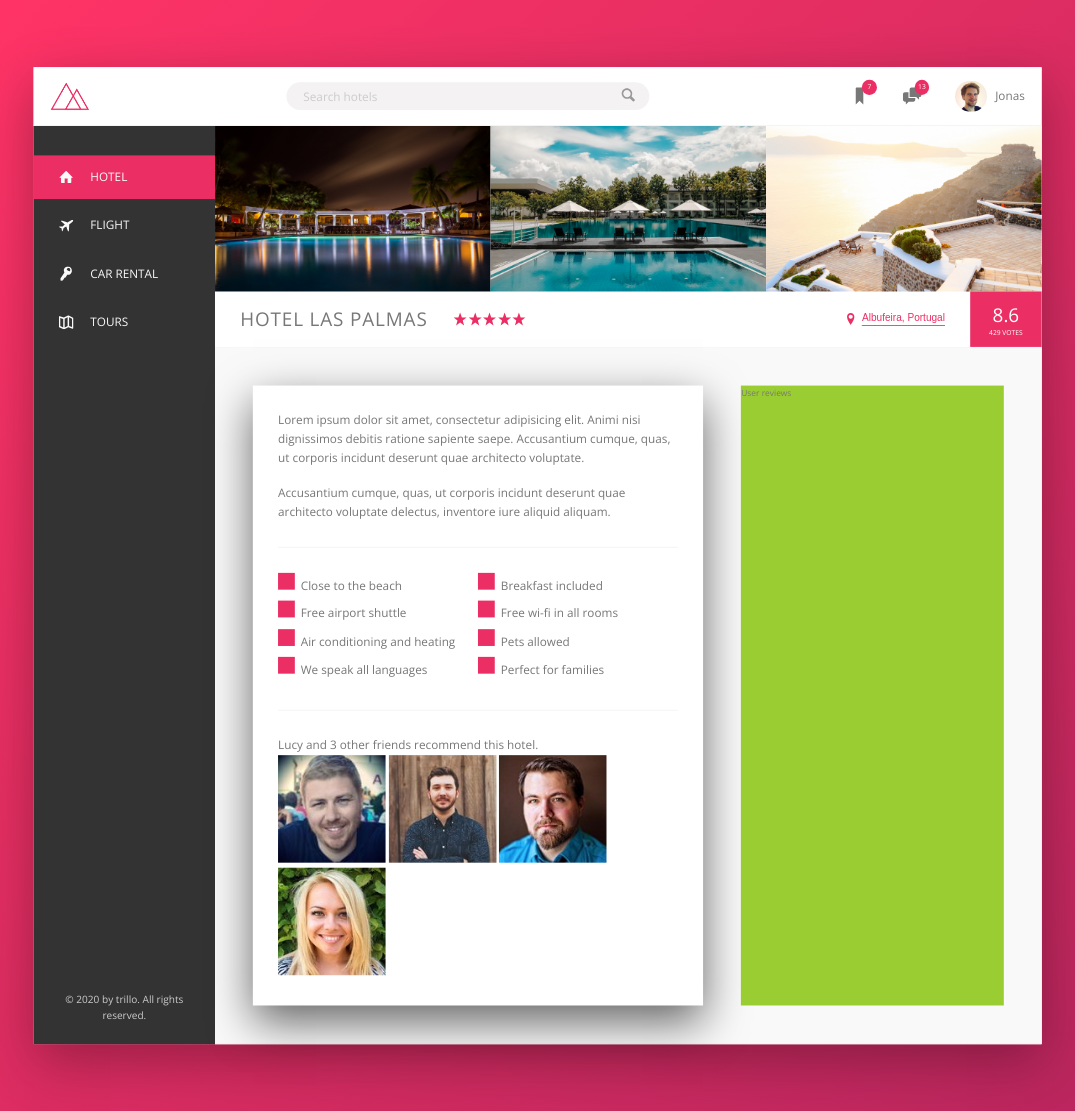
Repository: Lithium87/Trillo
Page: index.html
These files come from the project's save history. The page is drawn as it stood at one moment and after the next save; the edit follows.
The browser window is 1280 px wide. The pictures show the whole page, at 84% of full size.
The style sheet was rebuilt from its Sass, Less or Tailwind sources for each picture, by a compiler version that may differ from the author's.

Above is the page before, as saved 2020-05-17 00:29:03.

### index.html
<!DOCTYPE html>
<html lang="en">

<head>
    <meta charset="UTF-8">
    <meta name="viewport" content="width=device-width, initial-scale=1.0">

    <link href="https://fonts.googleapis.com/css?family=Open+Sans:300,400,600" rel="stylesheet">
    <link rel="stylesheet" href="css/style.css">
    <link rel="shortcut icon" type="image/png" href="img/favicon.png">

    <title>trillo &mdash; Your all-in-one booking app</title>
</head>

<body>
    <div class="container">
        <header class="header">
            <img src="img/logo.png" alt="Trillo logo" class="logo">
            <form action="#" class="search">
                <input type="text" class="search__input" placeholder="Search hotels">
                <button class="search__button">
                    <svg class="search__icon">
                        <use xlink:href="img/sprite.svg#icon-magnifying-glass"></use>
                    </svg>
                </button>
            </form>

            <nav class="user-nav">
                <div class="user-nav__icon-box">
                    <svg class="user-nav__icon">
                        <use xlink:href="img/sprite.svg#icon-bookmark"></use>
                    </svg>
                    <span class="user-nav__notification">7</span>
                </div>
                <div class="user-nav__icon-box">
                    <svg class="user-nav__icon">
                        <use xlink:href="img/sprite.svg#icon-chat"></use>
                    </svg>
                    <span class="user-nav__notification">13</span>
                </div>
                <div class="user-nav__user">
                    <img src="img/user.jpg" alt="User photo" class="user-nav__user-photo">
                    <span class="user-nav__user-name">Jonas</span>
                </div>
            </nav>
        </header>
        <div class="content">
            <nav class="sidebar">
                <ul class="side-nav">
                    <li class="side-nav__item side-nav__item--active">
                        <a href="#" class="side-nav__link">
                            <svg class="side-nav__icon">
                                <use xlink:href="img/stripe.svg#icon-home"></use>
                            </svg>
                            <span>Hotel</span>
                        </a>
                    </li>
                    <li class="side-nav__item">
                        <a href="#" class="side-nav__link">
                            <svg class="side-nav__icon">
                                <use xlink:href="img/stripe.svg#icon-aircraft"></use>
                            </svg>
                            <span>Flight</span>
                        </a>
                    </li>
                    <li class="side-nav__item">
                        <a href="#" class="side-nav__link">
                            <svg class="side-nav__icon">
                                <use xlink:href="img/stripe.svg#icon-key"></use>
                            </svg>
                            <span>Car rental</span>
                        </a>
                    </li>
                    <li class="side-nav__item">
                        <a href="#" class="side-nav__link">
                            <svg class="side-nav__icon">
                                <use xlink:href="img/stripe.svg#icon-map"></use>
                            </svg>
                            <span>Tours</span>
                        </a>
                    </li>
                </ul>
                <div class="legal">
                    &copy; 2020 by trillo. All rights reserved.
                </div>
            </nav>
            <main class="hotel-view">
                <div class="gallery">
                    <figure class="gallery__item">
                        <img src="img/hotel-1.jpg" alt="Photo of hotel 1" class="gallery__photo">
                    </figure>
                    <figure class="gallery__item">
                        <img src="img/hotel-2.jpg" alt="Photo of hotel 2" class="gallery__photo">
                    </figure>
                    <figure class="gallery__item">
                        <img src="img/hotel-3.jpg" alt="Photo of hotel 3" class="gallery__photo">
                    </figure>
                </div>
                <div class="overview">
                    <h1 class="overview__heading">Hotel Las Palmas</h1>
                    <div class="overview__stars">
                        <svg class="overview__icon-star">
                            <use xlink:href="img/stripe.svg#icon-star"></use>
                        </svg>
                        <svg class="overview__icon-star">
                            <use xlink:href="img/stripe.svg#icon-star"></use>
                        </svg>
                        <svg class="overview__icon-star">
                            <use xlink:href="img/stripe.svg#icon-star"></use>
                        </svg>
                        <svg class="overview__icon-star">
                            <use xlink:href="img/stripe.svg#icon-star"></use>
                        </svg>
                        <svg class="overview__icon-star">
                            <use xlink:href="img/stripe.svg#icon-star"></use>
                        </svg>
                    </div>
                    <div class="overview__location">
                        <svg class="overview__icon-location">
                            <use xlink:href="img/stripe.svg#icon-location-pin"></use>
                        </svg>
                        <button class="btn-inline">Albufeira, Portugal</button>
                    </div>
                    <div class="overview__rating">
                        <div class="overview__rating-average">8.6</div>
                        <div class="overview__rating-count">429 votes</div>
                    </div>
                </div>
                <div class="detail">
                    <div class="description">
                        <p class="paragraph">
                            Lorem ipsum dolor sit amet, consectetur adipisicing elit. Animi nisi dignissimos debitis ratione sapiente saepe. Accusantium cumque, quas, ut corporis incidunt deserunt quae architecto voluptate.
                        </p>
                        <p class="paragraph">
                            Accusantium cumque, quas, ut corporis incidunt deserunt quae architecto voluptate delectus, inventore iure aliquid aliquam.
                        </p>
                        <ul class="list">
                            <li class="list__item">Close to the beach</li>
                            <li class="list__item">Breakfast included</li>
                            <li class="list__item">Free airport shuttle</li>
                            <li class="list__item">Free wi-fi in all rooms</li>
                            <li class="list__item">Air conditioning and heating</li>
                            <li class="list__item">Pets allowed</li>
                            <li class="list__item">We speak all languages</li>
                            <li class="list__item">Perfect for families</li>
                        </ul>
                        <div class="recommend">
                            <p class="recommend__count">
                                Lucy and 3 other friends recommend this hotel.
                            </p>
                            <div class="recommend__friends">
                                <img src="img/user-3.jpg" alt="Friend 1" class="recommend__photo">
                                <img src="img/user-4.jpg" alt="Friend 2" class="recommend__photo">
                                <img src="img/user-5.jpg" alt="Friend 3" class="recommend__photo">
                                <img src="img/user-6.jpg" alt="Friend 4" class="recommend__photo">
                            </div>
                        </div>
                    </div>
                    <div class="user-reviews">
                        User reviews
                    </div>
                </div>
            </main>
        </div>
    </div>
</body>

</html>

### sass/_base.scss
:root {
    --color-primary: #eb2f64;
    --color-primary-light: #FF3366;
    --color-primary-dark: #BA265D;
    --color-grey-light-1: #faf9f9;
    --color-grey-light-2: #f4f2f2;
    --color-grey-light-3: #f0eeee;
    --color-grey-light-4: #ccc;
    --color-grey-dark-1: #333;
    --color-grey-dark-2: #777;
    --color-grey-dark-3: #999;
    --shadow-dark: 0 2rem 6rem rgba(0, 0, 0, .3);
    --shadow-light: 0 2rem 5rem rgba(0, 0, 0, .6);
    --line: 1px solid var(--color-grey-light-2);
}

* {
    margin: 0;
    padding: 0;
}

*,
*::before,
*::after {
    box-sizing: inherit;
}

html {
    box-sizing: border-box;
    font-size: 62.5%; // 1rem = 10px
}

body {
    font-family: 'Open Sans', sans-serif;
    font-weight: 400;
    line-height: 1.6;
    color: var(--color-grey-dark-2);
    background-image: linear-gradient(to right bottom, var(--color-primary-light), var(--color-primary-dark));
    background-size: cover;
    background-repeat: no-repeat;
    min-height: 100vh;
}

### sass/_layout.scss
.container {
    max-width: 120rem;
    margin: 8rem auto;
    background-color: var(--color-grey-light-1);
    box-shadow: var(--shadow-dark);
    min-height: 50rem;
}

.header {
    font-size: 1.4rem;
    height: 7rem;
    background-color: #fff;
    border-bottom: var(--line);
    display: flex;
    justify-content: space-between;
    align-items: center;
}

.content {
    display: flex;
}

.sidebar {
    background-color: var(--color-grey-dark-1);
    flex: 0 0 18%;
    display: flex;
    flex-direction: column;
    justify-content: space-between;
}

.hotel-view {
    background-color: #fff;
    flex: 1;
}

.detail {
    display: flex;
    padding: 4.5rem;
    background-color: var(--color-grey-light-1);
    border-bottom: var(--line);
}

.description {
    font-size: 1.4rem;
    background-color: #fff;
    box-shadow: var(--shadow-light);
    padding: 3rem;
    flex: 0 0 60%;
    margin-right: 4.5rem;
}

.user-reviews {
    background-color: yellowgreen;
    flex: 1;
}

### sass/_components.scss
///////////////////////
//LOGO
.logo {
    height: 3.25rem;
    margin-left: 2rem;
}

///////////////////////
//SEARCH BOX
.search {
    flex: 0 0 40%;
    display: flex;
    align-items: center;
    justify-content: center;
    &__input {
        font-family: inherit;
        font-size: inherit;
        color: inherit;
        background-color: var(--color-grey-light-2);
        border: none;
        padding: .7rem 2rem;
        border-radius: 100px;
        width: 90%;
        transition: all .2s;
        margin-right: -3.5rem;
        &:focus {
            outline: none;
            width: 100%;
            background-color: var(--color-grey-light-3);
        }
        &::-webkit-input-placeholder {
            font-weight: 100;
            color: var(--color-grey-light-4);
        }
    }
    &__input:focus+&__button {
        background-color: var(--color-grey-light-3);
    }
    &__button {
        border: none;
        background-color: var(--color-grey-light-2);
        &:focus {
            outline: none;
        }
        &:active {
            transform: translateY(2px);
        }
    }
    &__icon {
        height: 2rem;
        width: 2rem;
        fill: var(--color-grey-dark-3);
    }
}

///////////////////////
//USER NAVIGATION
.user-nav {
    align-self: stretch;
    display: flex;
    align-items: center;
    &>* {
        padding: 0 2rem;
        cursor: pointer;
        height: 100%;
        display: flex;
        align-items: center;
    }
    &>*:hover {
        background-color: var(--color-grey-light-2);
    }
    &__icon-box {
        position: relative;
    }
    &__icon {
        height: 2.25rem;
        width: 2.25rem;
        fill: var(--color-grey-dark-2);
    }
    &__notification {
        font-size: .8rem;
        height: 1.75rem;
        width: 1.75rem;
        border-radius: 50%;
        background-color: var(--color-primary);
        color: #fff;
        position: absolute;
        top: 1.5rem;
        right: 1.1rem;
        display: flex;
        justify-content: center;
        align-items: center;
    }
    &__user-photo {
        height: 3.75rem;
        border-radius: 50%;
        margin-right: 1rem;
    }
}

///////////////////////
//SIDE NAVIGATION
.side-nav {
    font-size: 1.4rem;
    list-style: none;
    margin-top: 3.5rem;
    &__item {
        position: relative;
        &:not(:last-child) {
            margin-bottom: .5rem;
        }
    }
    &__item::before {
        content: "";
        position: absolute;
        top: 0;
        left: 0;
        height: 100%;
        width: 3px;
        background-color: var(--color-primary);
        transform: scaleY(0);
        transition: transform .2s, width .4s cubic-bezier(1, 0, 0, 1) .2s, background-color .1s;
    }
    &__item:hover::before,
    &__item--active::before {
        transform: scaleY(1);
        width: 100%;
    }
    &__item:active::before {
        background-color: var(--color-primary-light);
    }
    &__link:link,
    &__link:visited {
        color: var(--color-grey-light-1);
        text-decoration: none;
        text-transform: uppercase;
        display: block;
        padding: 1.5rem 3rem;
        position: relative;
        z-index: 10;
        display: flex;
        align-items: center;
    }
    &__icon {
        width: 1.75rem;
        height: 1.75rem;
        margin-right: 2rem;
        fill: currentColor;
    }
}

///////////////////////
//LEGAL TEXT
.legal {
    font-size: 1.2rem;
    color: var(--color-grey-light-4);
    text-align: center;
    padding: 2.5rem;
}

///////////////////////
//GALLERY
.gallery {
    display: flex;
    &__photo {
        width: 100%;
        display: block;
    }
}

///////////////////////
//HOTEL OVERVIEW
.overview {
    display: flex;
    align-items: center;
    border-bottom: var(--line);
    &__heading {
        font-size: 2.25rem;
        font-weight: 300;
        text-transform: uppercase;
        letter-spacing: 1px;
        padding: 1.5rem 3rem;
    }
    &__stars {
        margin-right: auto;
        display: flex;
    }
    &__icon-star,
    &__icon-location {
        width: 1.75rem;
        height: 1.75rem;
        fill: var(--color-primary);
    }
    &__location {
        font-size: 1.2rem;
        display: flex;
        align-items: center;
    }
    &__icon-location {
        margin-right: .5rem;
    }
    &__rating {
        background-color: var(--color-primary);
        color: #fff;
        margin-left: 3rem;
        padding: 0 2.25rem;
        align-self: stretch;
        display: flex;
        flex-direction: column;
        align-items: center;
        justify-content: center;
    }
    &__rating-average {
        font-size: 2.25rem;
        font-weight: 300;
        margin-bottom: -3px;
    }
    &__rating-count {
        font-size: .8rem;
        text-transform: uppercase;
    }
}

///////////////////////
//BUTTON INLINE
.btn-inline {
    border: none;
    color: var(--color-primary);
    font-size: inherit;
    border-bottom: 1px solid currentColor;
    padding-bottom: 2px;
    display: inline-block;
    background-color: transparent;
    cursor: pointer;
    transition: all .2s;
    &:hover {
        color: var(--color-grey-dark-1);
    }
    &:focus {
        outline: none;
        animation: pulsate 1s infinite;
    }
}

@keyframes pulsate {
    0% {
        transform: scale(1);
        box-shadow: none;
    }
    50% {
        transform: scale(1.05);
        box-shadow: 0 1rem 4rem rgba(0, 0, 0, .25);
    }
    100% {
        transform: scale(1);
        box-shadow: none;
    }
}

///////////////////////
//PARAGRAPH
.paragraph:not(:last-of-type) {
    margin-bottom: 2rem;
}

///////////////////////
//LIST
.list {
    list-style: none;
    margin: 3rem 0;
    padding: 3rem 0;
    border-top: var(--line);
    border-bottom: var(--line);
    display: flex;
    flex-wrap: wrap;
    &__item {
        flex: 0 0 50%;
        margin-bottom: .7rem;
    }
    &__item::before {
        content: "";
        display: inline-block;
        height: 2rem;
        width: 2rem;
        margin-right: .7rem;
        //Older browsers
        //background-image: url(../img/chevron-thin-right.svg);
        //background-size: cover;
        //Newer browsers - masks
        background-color: var(--color-primary);
    }
}

///////////////////////
//RECOMMEND

Loaded but not shown: sass/main.scss (common file)

After the next save:
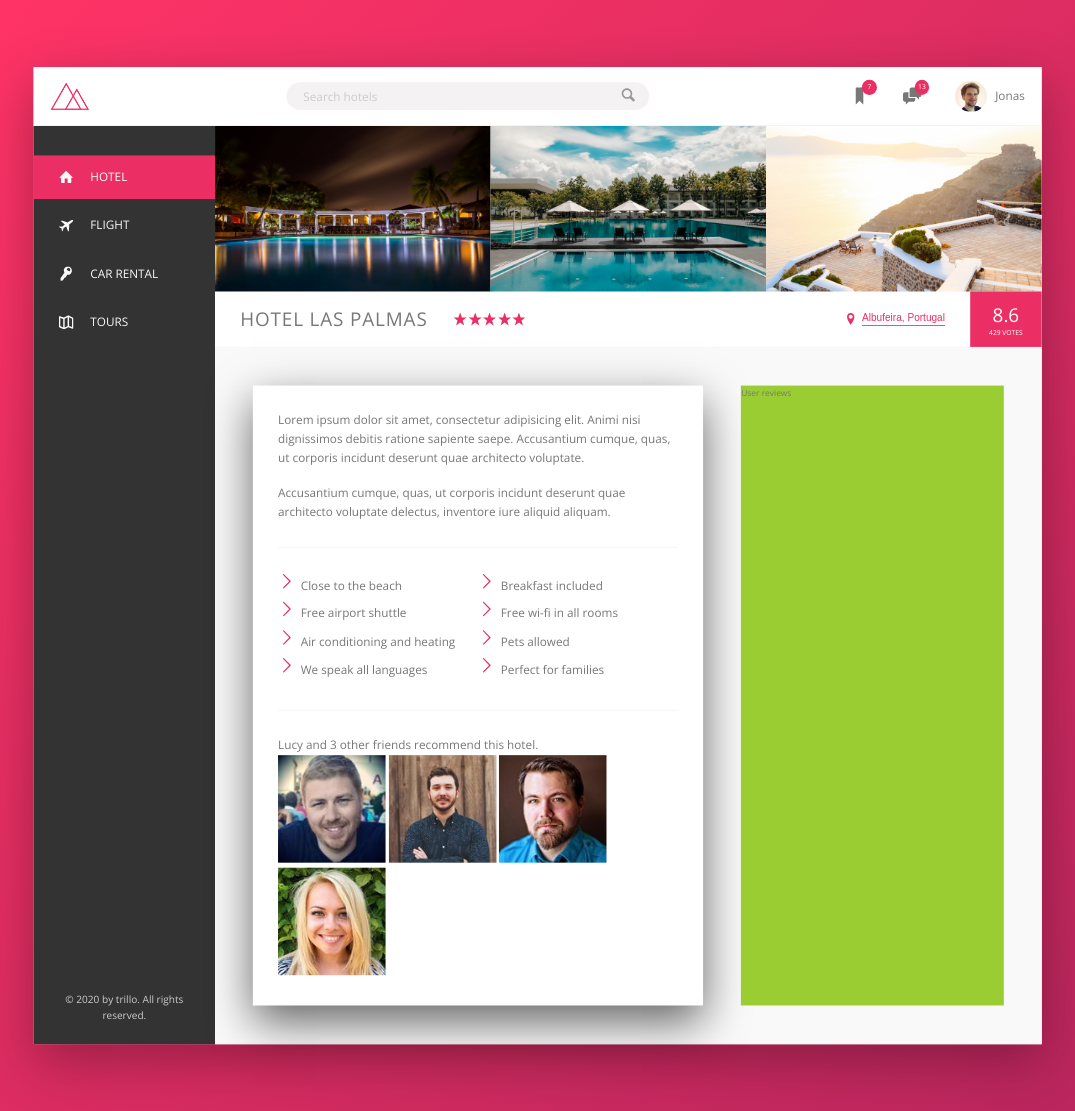
Saved 7 min 32 s later.
--- a/sass/_components.scss
+++ b/sass/_components.scss
@@ -288,6 +288,8 @@
         //background-size: cover;
         //Newer browsers - masks
         background-color: var(--color-primary);
+        -webkit-mask-image: url(../img/chevron-thin-right.svg);
+        -webkit-mask-size: cover;
     }
 }
 
